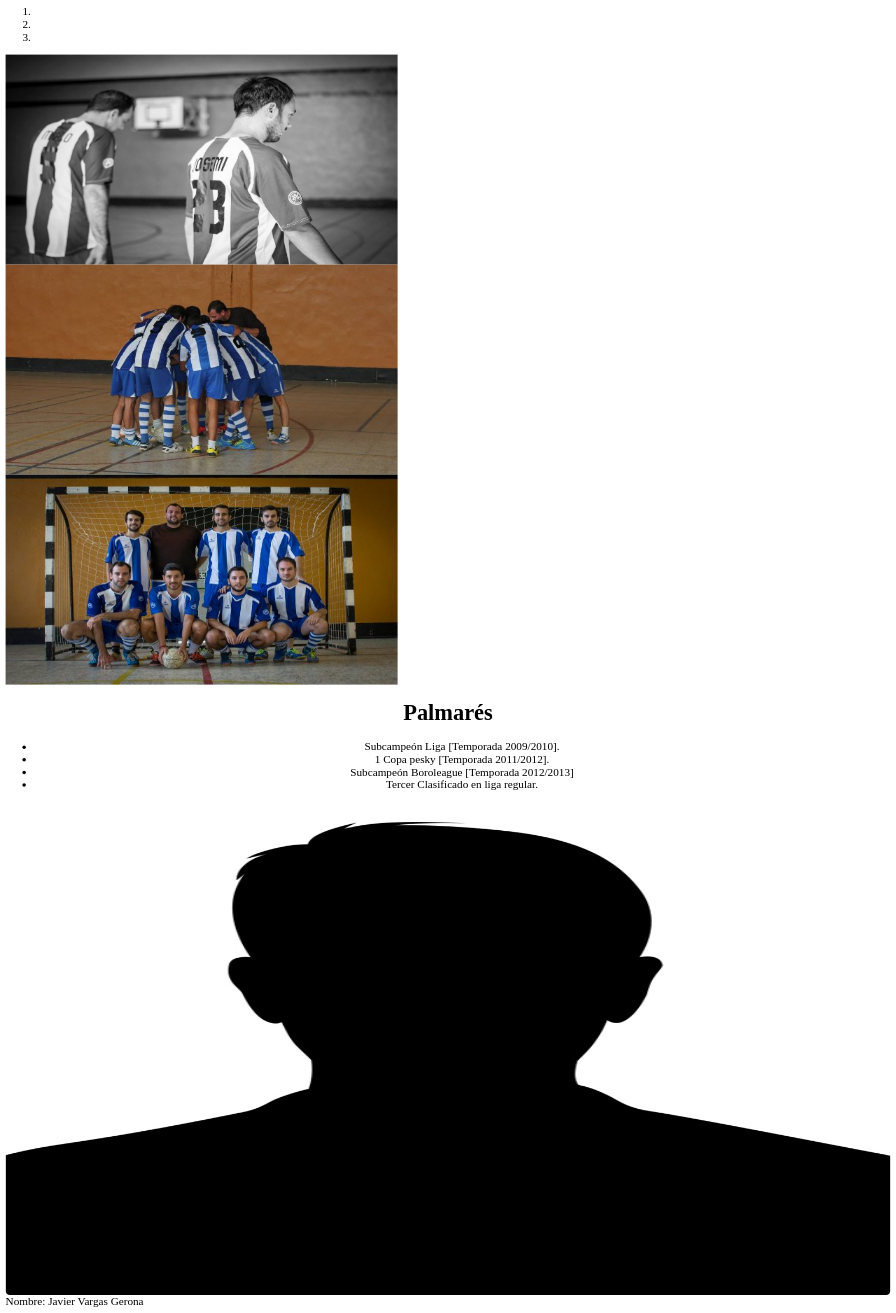
Repository: DiegoGodoy/atletiblue
Page: app/views/plantilla.html
The author's editor kept a record of every edit. The page is drawn from the files as they stood at one moment, then again after the next edit.
The browser window is 1280 px wide. The pictures show the whole page, at 70% of full size.

Above is the page before.

After the next edit:
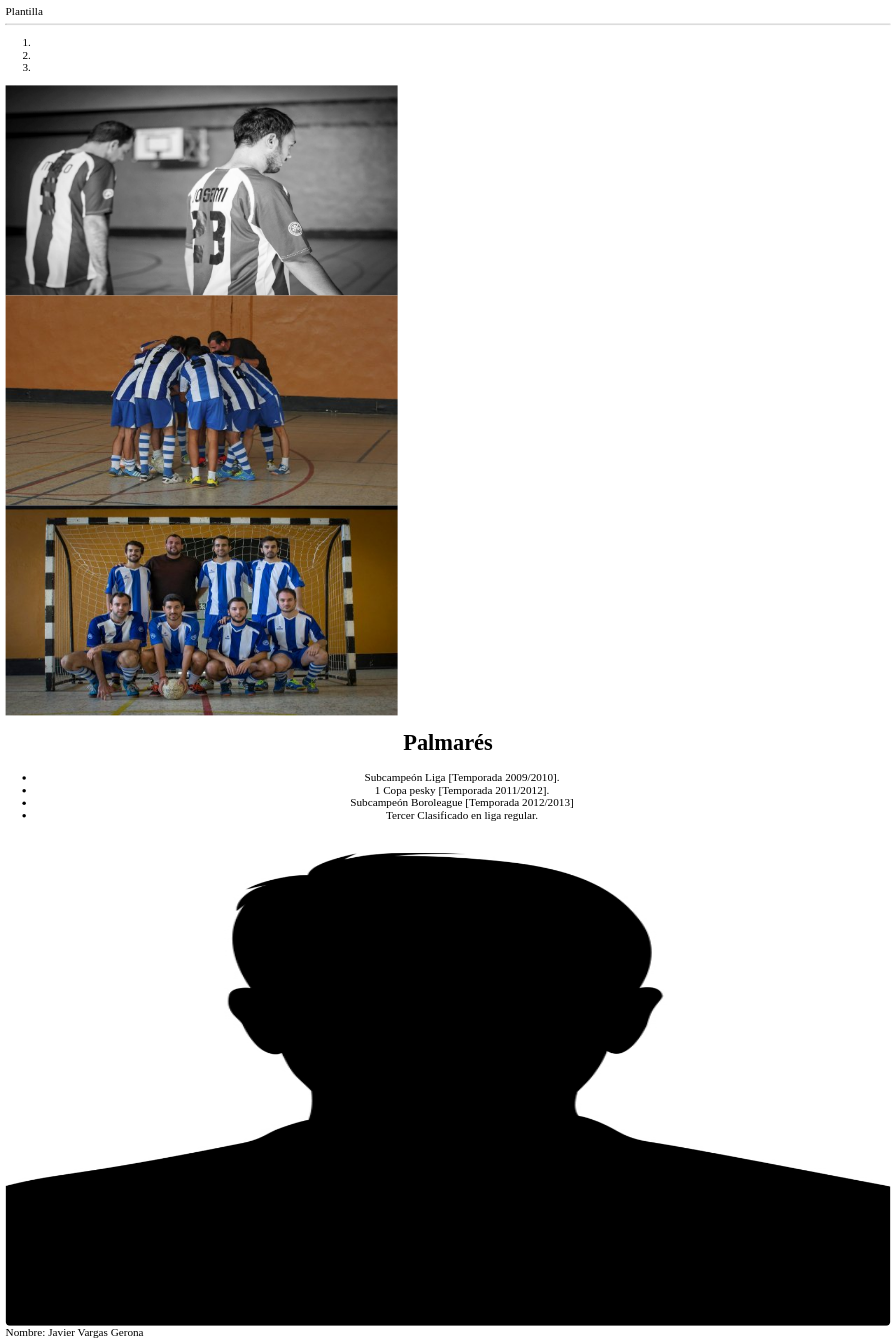
The edit:
--- a/app/views/plantilla.html
+++ b/app/views/plantilla.html
@@ -6,6 +6,8 @@
             <div class="col-md-12">
                 <div class="panel">
                     <div class="panel-body">
+                        <span class="titulosPortada">Plantilla</span>
+                        <hr class="separadorTitulos">
                          <div id="miCarrusel" class="col-lg-7 col-md-7 col-sm-12 col-xs-12 carousel slide " data-ride="carousel">
                           <!-- indicadores para hacer el ciclo -->
                           <ol class="carousel-indicators">
